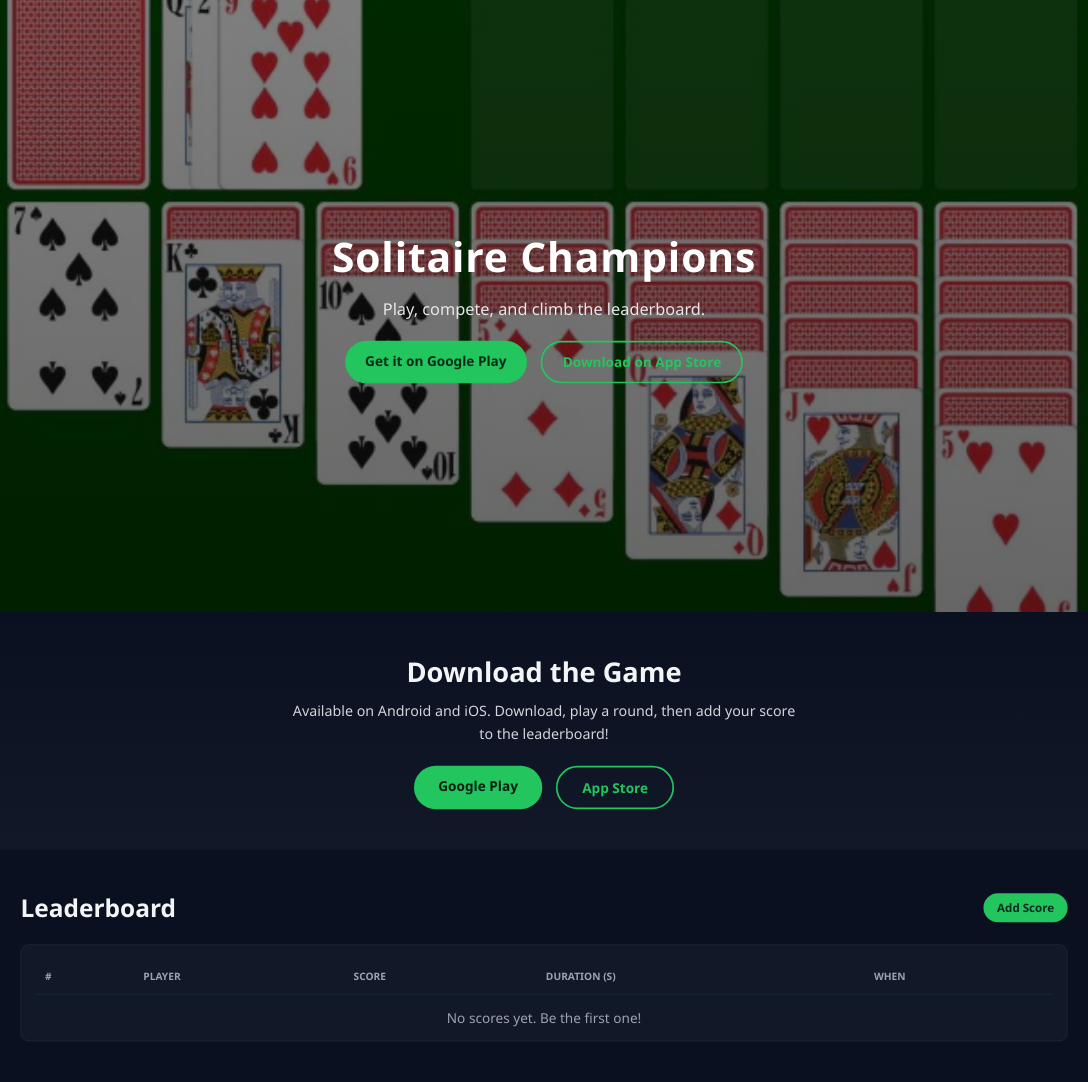
Repository: rawanwehbe6/solitaire-webapp
Page: solitaire-frontend/index.html
The author's editor kept a copy of each file at every save. The page is drawn from the files as they stood at one save, then again after the next save.
The browser window is 1280 px wide. The pictures show the whole page, at 85% of full size.

Above is the page before, as saved 2025-11-05 21:18:49.

After the next save:
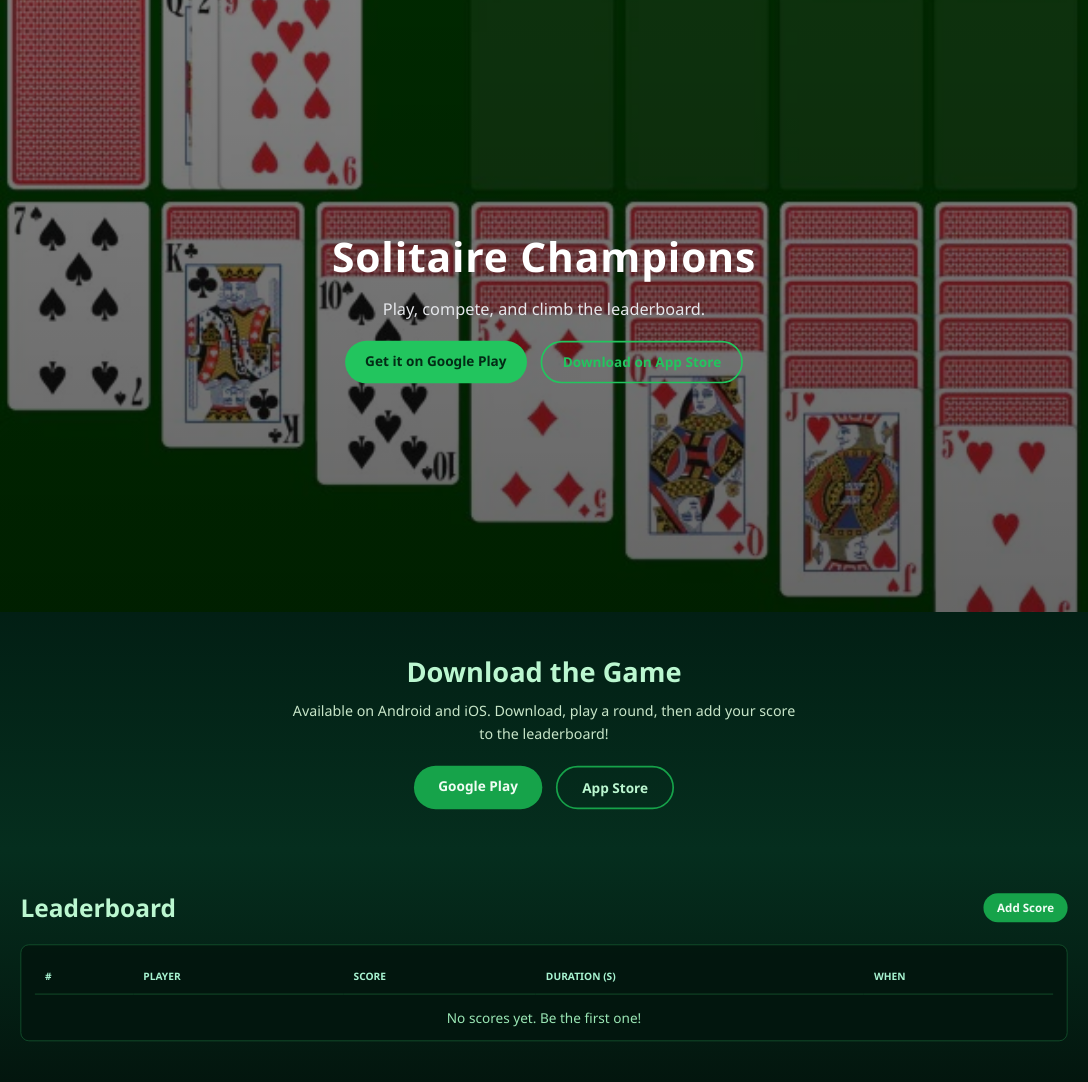
Saved 71 s later.
--- a/solitaire-frontend/style.css
+++ b/solitaire-frontend/style.css
@@ -88,18 +88,19 @@
 /* ---------- Download Section ---------- */
 #download {
   text-align: center;
-  background: linear-gradient(180deg, #0b1020 0%, #111827 100%);
+  background: linear-gradient(180deg, #021f14 0%, #052e1e 100%);
   padding: 3rem 1.5rem;
-  color: #f3f4f6;
+  color: #e8f5e9;
 }
 
 #download h2 {
   font-size: 2rem;
   margin-bottom: 0.75rem;
+  color: #bbf7d0;
 }
 
 #download p {
-  color: #d1d5db;
+  color: #c8e6c9;
   font-size: 1.05rem;
   max-width: 600px;
   margin: 0 auto 1.5rem auto;
@@ -121,13 +122,13 @@
 }
 
 #download .btn.primary {
-  background: #22c55e;
-  color: #021f14;
+  background: #16a34a;
+  color: #f0fdf4;
 }
 
 #download .btn.secondary {
-  border: 2px solid #22c55e;
-  color: #22c55e;
+  border: 2px solid #16a34a;
+  color: #bbf7d0;
   background: transparent;
 }
 
@@ -139,8 +140,8 @@
 /* ---------- Leaderboard Section ---------- */
 #leaderboard {
   padding: 3rem 1.5rem;
-  background: #0b1020;
-  color: #f3f4f6;
+  background: linear-gradient(180deg, #052e1e 0%, #03160e 100%);
+  color: #e8f5e9;
 }
 
 #leaderboard .section-header {
@@ -153,11 +154,12 @@
 
 #leaderboard h2 {
   font-size: 1.8rem;
+  color: #bbf7d0;
 }
 
 #leaderboard .btn.small {
-  background: #22c55e;
-  color: #022c22;
+  background: #16a34a;
+  color: #f0fdf4;
   font-size: 0.85rem;
   padding: 0.45rem 1rem;
   border-radius: 999px;
@@ -172,16 +174,16 @@
 /* Table */
 .table-wrapper {
   overflow-x: auto;
-  background: #111827;
+  background: rgba(3, 22, 14, 0.9);
   border-radius: 10px;
   padding: 1rem;
-  border: 1px solid #1f2937;
+  border: 1px solid #14532d;
 }
 
 table {
   width: 100%;
   border-collapse: collapse;
-  color: #e5e7eb;
+  color: #f0fdf4;
 }
 
 th, td {
@@ -192,23 +194,23 @@
 th {
   text-transform: uppercase;
   font-size: 0.75rem;
-  color: #9ca3af;
-  border-bottom: 1px solid #1f2937;
+  color: #a7f3d0;
+  border-bottom: 1px solid #14532d;
 }
 
 tbody tr:nth-child(even) {
-  background: rgba(255, 255, 255, 0.03);
+  background: rgba(22, 163, 74, 0.08);
 }
 
 tbody tr:hover {
-  background: rgba(255, 255, 255, 0.07);
+  background: rgba(22, 163, 74, 0.15);
   transition: 0.2s ease;
 }
 
 #leaderboard-empty {
   text-align: center;
   margin-top: 1rem;
-  color: #9ca3af;
+  color: #9ae6b4;
 }
 
 /* ---------- Responsive ---------- */
